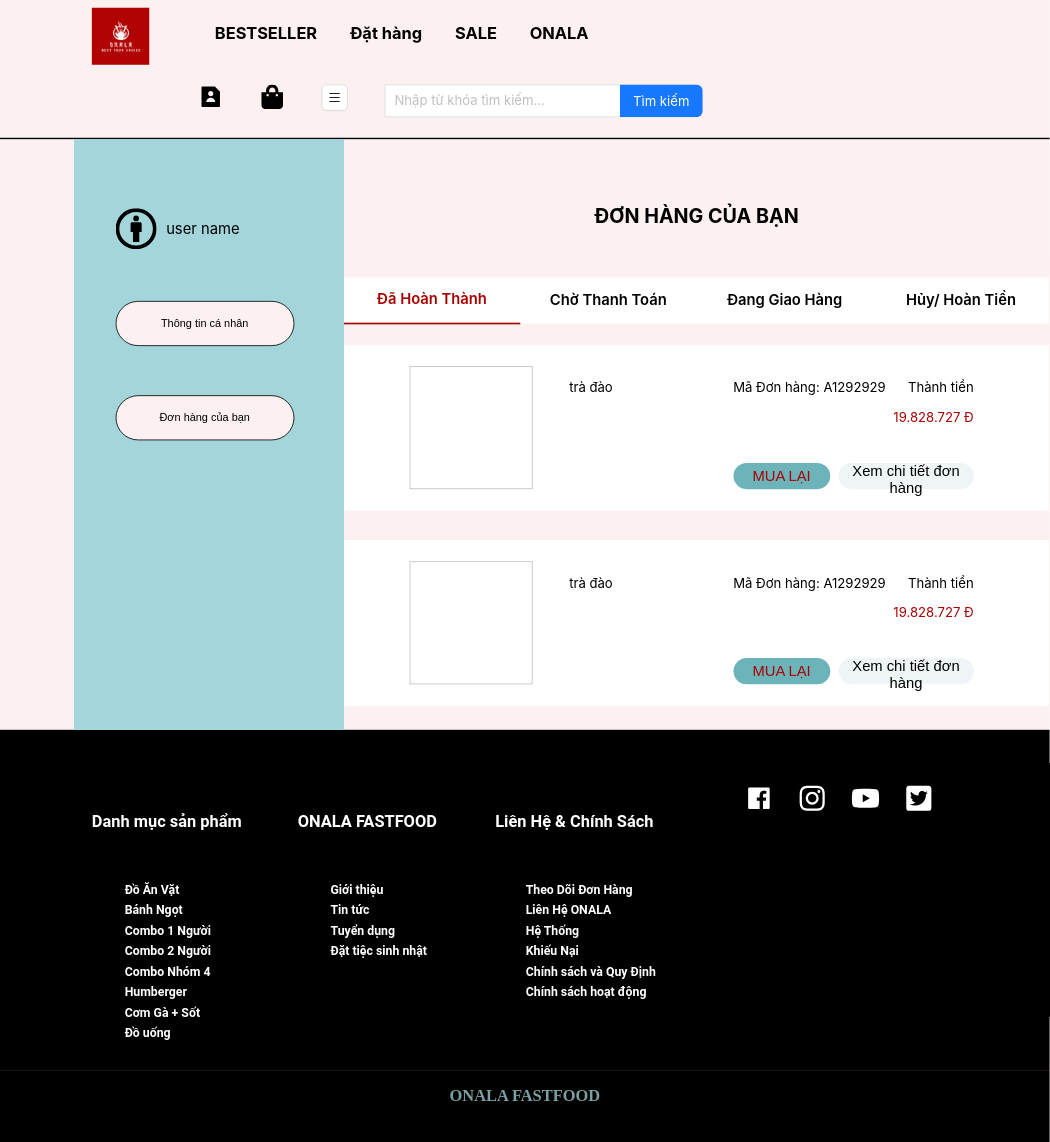
Repository: tranlan149/ONALA
Page: /account
The author's editor kept a copy of each file at every save. The page is drawn from the files as they stood at one save, then again after the next save.
The browser window is 1280 px wide. The pictures show the whole page, at 82% of full size.
An inner scrolling area shows only its first screen. The project was rebuilt for these pictures with package versions that can differ from the ones it lists, and the page was loaded fresh each time. Also part of the build but not shown: src/Components/Search/Search.css, src/Pages/BestSeller/index.js, src/Pages/ONALA/index.js, src/Pages/Sale/index.js, src/Pages/Recommend/index.js, src/Pages/Register/RegisterForm.module.css, src/Pages/Register/index.js, src/Pages/Login/LoginForm.module.css and 13 more.

Above is the page before, as saved 2025-02-13 16:13:23.

### src/App.js
import { Route, Routes } from 'react-router-dom';
import './App.css';
import Layout from './Layout';
import BestSeller from './Pages/BestSeller';
import ONALA from './Pages/ONALA';
import Sale from './Pages/Sale';
import Recommend from './Pages/Recommend';
import Register from './Pages/Register';
import Login from './Pages/Login';
import Order from './Pages/Order';
import Cart from './Pages/Cart';
import Home from './Pages/Home';
import AccountPage from './Pages/Account';
import UserInfo from './Components/UserInfo';
import OrderList from './Components/OrderList';
function App() {
  return (
    <>
      <Routes>
          <Route path='/' element={<Layout/>}>
            <Route path='/' element={<Home/>} />
            <Route path='/bestseller' element={<BestSeller/>} />
            <Route path='/account' element={<AccountPage/>}>
              <Route path='info' element = {<UserInfo/>}/>
              <Route path='purchase' element= {<OrderList/>}/>
            </Route>
            <Route path='/recommend' element={<Recommend/>} />
            <Route path='/order' element={<Order/>} />
            <Route path='/cart' element={<Cart/>} />
            <Route path='/onala' element={<ONALA/>} />
            <Route path='sale' element={<Sale/>} />
            <Route path= 'register' element = {<Register/>}/>

          </Route>





      </Routes>
    </>
  );
}

export default App;

### src/App.css
.App {
  text-align: center;
}

.App-logo {
  height: 40vmin;
  pointer-events: none;
}

@media (prefers-reduced-motion: no-preference) {
  .App-logo {
    animation: App-logo-spin infinite 20s linear;
  }
}

.App-header
{
  background-color: #282c34;
  min-height: 100vh;
  display: flex;
  flex-direction: column;
  align-items: center;
  justify-content: center;
  font-size: calc(10px + 2vmin);
  color: white;
}
.layout_main {
  background-color: #FCF0F0;
}

.App-link {
  color: #61dafb;
}

@keyframes App-logo-spin {
  from {
    transform: rotate(0deg);
  }
  to {
    transform: rotate(360deg);
  }
}

### src/Pages/Account/index.js
import Login from "../Login";
import UserManagement from "../UserManagement";
function AccountPage() {
    const isLogin = true;
    return (
        <>
            {isLogin ? <UserManagement/> : <Login/>}
        </>
    );
}

export default AccountPage;

### src/Components/OrderList/index.js

import { Link, useSearchParams } from "react-router-dom";
import OrderItem from "../OrderItem";
import { useEffect, useState } from "react";
import './style.css'

function OrderList() {
    const statusOrder = [
        {
            type: 1,
            content: 'Đã Hoàn Thành'
        },
        {
            type: 2,
            content: 'Chờ Thanh Toán'
        },
        {
            type: 3,
            content: 'Đang Giao Hàng'
        },
        {
            type: 4,
            content: 'Hủy/ Hoàn Tiền'
        },
    ]

    const [searchParam, setSearchParam] = useSearchParams();
    const [orderList, setOrderList] = useState([])

    const currentType = parseInt(searchParam.get('type')) || 1;

    useEffect(()=>{
        setOrderList([])
        console.log(orderList)
    },[currentType])
    return (
        <div>
            <h2>ĐƠN HÀNG CỦA BẠN</h2>
            <div className="navOrderStatus">
                {
                    statusOrder.map((status)=>(
                        <Link
                            key={status.type}
                            to={`?type=${status.type}`}
                            className= {currentType === status.type ? "activeStatus":""}
                            style={{height:'100%',lineHeight:'54px'}}
                        >
                            {status.content}
                        </Link>
                    ))
                }

            </div>
            <div className="OrderListContainer">

                <div>
                    <p>{orderList}</p>
                    <OrderItem
                        imageURL=''
                        name = 'trà đào'
                        orderCode = 'A1292929'
                        cost = '19828727'
                    />
                    <OrderItem
                        imageURL=''
                        name = 'trà đào'
                        orderCode = 'A1292929'
                        cost = '19828727'
                    />
                    <OrderItem
                        imageURL=''
                        name = 'trà đào'
                        orderCode = 'A1292929'
                        cost = '19828727'
                    />
                    <OrderItem
                        imageURL=''
                        name = 'trà đào'
                        orderCode = 'A1292929'
                        cost = '19828727'
                    />
                </div>
            </div>
        </div>
    );
}

export default OrderList;

### src/Components/Search/Search.js
import React, { useState } from 'react';
import { Input } from 'antd';
import './Search.css';

const { Search } = Input;

const SearchBar = ({ onSearch }) => {
  return (
    <Search
      placeholder="Nhập từ khóa tìm kiếm..."
      allowClear
      enterButton="Tìm kiếm"
      size="large"
      onSearch={onSearch} // Gọi hàm khi nhấn Enter hoặc nút Tìm kiếm
    />
  );
};

export default SearchBar;

### src/Layout/style.css
.layout{
    box-sizing: border-box;
    margin:0px;
    display: flex;
    flex-direction: column;
    min-height: 100vh;
}
.layout_header{
    display:flex;
    padding-left: 112px;
    padding-right: auto;
    padding-top: 9px;
    padding-bottom: 9px;
    flex-wrap: wrap;
    background-color: #FCF0F0;
    border-bottom: 2px solid #000000;


}
.layout_main {
    flex: 1;
}
.layout_menu_1 > ul {
    display: flex;
    list-style: none ;
    margin-top: 20px;
}

.layout_menu_1 > ul > li{
    margin-left: 40px;
}
.layout_menu_1 > ul > li> a{
    text-decoration: none;
    color: #000;
    font-weight: bold;
    font-size: 20px;
}
.layout_menu_2 {
     margin-left: 90px;
}
.layout_menu_2 > ul{
    display: flex;
    list-style: none ;
    margin-top: 20px;
}

.layout_menu_2 > ul > li{
    margin-right: 45px;
}
.layout_footer{
    display: flex;
    padding-left: 112px;
    padding-right: auto;

    background-color: #000000;
    margin-top: 50px;
    justify-content: space-between;
    padding: 20px 112px;
    background-color: #000;
    color: white;

    margin-top: auto;
}
.footer_1{
    margin-right: 30px;
}
.footer_1 > ul {
    list-style: none;
}
.footer_1 > ul > li{
    margin-top: 5px;
}
.footer_1 > ul > li > a{
    text-decoration: none;
    color:#fff;
    font-size: 15px;
    font-family: Roboto;

}
.footer_1 > h2{
    font-size: 20px;
    font-family: Roboto;
}
.footer_2 > ul{
    display: flex;
    list-style: none;
    padding-top: 30px;
}
.footer_2 > ul > li{
    margin-right: 30px;


}

### src/Components/dropdown/MenuDropdown.js
import { Menu, Dropdown, Button } from "antd";
import { MenuOutlined } from "@ant-design/icons";

const menu = (
  <Menu>
    <Menu.Item key="1">
        <h2>Danh mục sản phẩm</h2>
        <ul>
            <li>Đồ Ăn Vặt</li>
            <li>Bánh Ngọt</li>
            <li>Combo 1 Người</li>
            <li>Combo 2 Người</li>
            <li>Combo Nhóm 4</li>
            <li>Humberger</li>
            <li>Cơm Gà + Sốt</li>
            <li>Đồ Uống</li>
        </ul>
    </Menu.Item>
    <Menu.Item key="2">
        <h2>ONALA </h2>
        <ul>
            <li>Giới thiệu</li>
            <li>Tin tức </li>
            <li>Tuyển dụng </li>
            <li>Đặt tiệc sinh nhật </li>
        </ul>
    </Menu.Item>
    <Menu.Item key="3">
        <h2>Liên Hệ & Chính Sách </h2>
        <ul>
            <li>Theo Dõi Đơn Hàng </li>
            <li>Liên Hệ ONALA </li>
            <li>Hệ Thống </li>
            <li>Khiếu Nại </li>
            <li>Chính sách và Quy Định</li>
            <li>Chính sách hoạt động </li>
        </ul>
    </Menu.Item>
  </Menu>
);

function MenuDropdown() {
  return (
    <Dropdown overlay={menu} trigger={["click"]}>
      <Button icon={<MenuOutlined />}></Button>
    </Dropdown>
  );
}

export default MenuDropdown;

### src/Pages/DangNhap/style.css

.contentForm {
    margin: 80px 164px;
    display: flex;
    flex-direction: row;
    font-weight: 600;
}
:link {
    font-weight: 600;
}
.formContainer {
    margin-left: 176px;
}
.right-align {
    text-align: right;
    font-size: 20px;
    cursor: pointer;
}

a {
    text-decoration: none;
    color: black;
}
.underlineInput {
    width: 520px;
    border: none;
    border-bottom: 1px solid #000;
    outline: none;
    padding: 8px;
    font-size: 20px;
    background-color: #FCF0F0;

}
:where(.css-dev-only-do-not-override-cdzvx5) .underlineInput:focus,
:where(.css-dev-only-do-not-override-cdzvx5) .underlineInput:hover {

    background-color: #FCF0F0 !important;
}
:where(.css-dev-only-do-not-override-cdzvx5) .retrieveInput {
    background-color: #ffffff !important;
    font-size: 14px ;
    width: 630px;
    border-bottom: 1px solid #E53737;
}
.underlineInput:hover {
    background-color: #FCF0F0;
    border-bottom: 1px solid #4CAF50;

}
.underlineInput:focus,
.underlineInput:focus-within {
    border-bottom-color: #4CAF50;
    background-color: #FCF0F0;

}
.retrieveInput:hover {
    background-color: #ffffff !important;


}
.retrieveInput:focus,
.retrieveInput:focus-within {
    border-bottom-color: #4CAF50 ;
    background-color: #ffffff !important;

}



.ant-input-affix-wrapper,
.ant-input
{
    border-radius: 0 !important;
}

:where(.css-dev-only-do-not-override-cdzvx5) .ant-col-offset-8 {
    margin: 0 !important;
}
:where(.css-dev-only-do-not-override-cdzvx5) .ant-input:focus,
:where(.css-dev-only-do-not-override-cdzvx5).ant-input-outlined:focus,
:where(.css-dev-only-do-not-override-cdzvx5).ant-input-outlined:focus-within,
:where(.css-dev-only-do-not-override-cdzvx5).ant-input-outlined,
:where(.css-dev-only-do-not-override-cdzvx5).ant-input-outlined.ant-input-status-error:not(.ant-input-disabled):focus,
:where(.css-dev-only-do-not-override-cdzvx5).ant-input-outlined.ant-input-status-error:not(.ant-input-disabled):focus,
:where(.css-dev-only-do-not-override-cdzvx5).ant-input-outlined.ant-input-status-error:not(.ant-input-disabled):focus-within,
:where(.css-dev-only-do-not-override-cdzvx5).ant-input-outlined.ant-input-status-error:not(.ant-input-disabled):hover
{
    outline: none;
    box-shadow: none;
}

:where(.css-dev-only-do-not-override-cdzvx5).ant-input-outlined.ant-input-status-error:not(.ant-input-disabled):focus,
:where(.css-dev-only-do-not-override-cdzvx5).ant-input-outlined.ant-input-status-error:not(.ant-input-disabled):focus,
:where(.css-dev-only-do-not-override-cdzvx5).ant-input-outlined.ant-input-status-error:not(.ant-input-disabled):focus-within,
:where(.css-dev-only-do-not-override-cdzvx5).ant-input-outlined.ant-input-status-error:not(.ant-input-disabled):hover {
    background-color: #FCF0F0;
}
:where(.css-dev-only-do-not-override-cdzvx5).ant-input-outlined.ant-input-status-error:not(.ant-input-disabled){
    border: none; /* Bỏ các đường viền mặc định */
    border-bottom: 1px solid #ff4d4f;
    background-color: #FCF0F0;

}
:where(.css-dev-only-do-not-override-cdzvx5).ant-col-8 {
    flex: 0;
}
:where(.css-dev-only-do-not-override-cdzvx5).ant-col-16 {
    max-width: 100% !important;
}
:where(.css-dev-only-do-not-override-cdzvx5).ant-checkbox-wrapper.ant-checkbox-wrapper-in-form-item input[type="checkbox"],
:where(.css-dev-only-do-not-override-cdzvx5).ant-checkbox .ant-checkbox-inner{
    width: 28px;
    height: 28px;
}


.ant-modal .ant-modal-title {
    text-align: center;
    font-size: 20px;
    padding: 0 115px;
}
.ant-modal-body >p {
    text-align: center;
}

### src/Pages/Login/style.css

.contentForm {
    margin: 80px 164px;
    display: flex;
    flex-direction: row;
    font-weight: 600;
}
:link {
    font-weight: 600;
}
.formContainer {
    margin-left: 176px;
}
.right-align {
    text-align: right;
    font-size: 20px;
    cursor: pointer;
}

a {
    text-decoration: none;
    color: black;
}
.underlineInput {
    width: 520px;
    border: none;
    border-bottom: 1px solid #000;
    outline: none;
    padding: 8px;
    font-size: 20px;
    background-color: #FCF0F0;

}
:where(.css-dev-only-do-not-override-cdzvx5) .underlineInput:focus,
:where(.css-dev-only-do-not-override-cdzvx5) .underlineInput:hover {

    background-color: #FCF0F0 !important;
}
:where(.css-dev-only-do-not-override-cdzvx5) .retrieveInput {
    background-color: #ffffff !important;
    font-size: 14px ;
    width: 630px;
    border-bottom: 1px solid #E53737;
}
.underlineInput:hover {
    background-color: #FCF0F0;
    border-bottom: 1px solid #4CAF50;

}
.underlineInput:focus,
.underlineInput:focus-within {
    border-bottom-color: #4CAF50;
    background-color: #FCF0F0;

}
.retrieveInput:hover {
    background-color: #ffffff !important;


}
.retrieveInput:focus,
.retrieveInput:focus-within {
    border-bottom-color: #4CAF50 ;
    background-color: #ffffff !important;

}



.ant-input-affix-wrapper,
.ant-input
{
    border-radius: 0 !important;
}

:where(.css-dev-only-do-not-override-cdzvx5) .ant-col-offset-8 {
    margin: 0 !important;
}
:where(.css-dev-only-do-not-override-cdzvx5) .ant-input:focus,
:where(.css-dev-only-do-not-override-cdzvx5).ant-input-outlined:focus,
:where(.css-dev-only-do-not-override-cdzvx5).ant-input-outlined:focus-within,
:where(.css-dev-only-do-not-override-cdzvx5).ant-input-outlined,
:where(.css-dev-only-do-not-override-cdzvx5).ant-input-outlined.ant-input-status-error:not(.ant-input-disabled):focus,
:where(.css-dev-only-do-not-override-cdzvx5).ant-input-outlined.ant-input-status-error:not(.ant-input-disabled):focus,
:where(.css-dev-only-do-not-override-cdzvx5).ant-input-outlined.ant-input-status-error:not(.ant-input-disabled):focus-within,
:where(.css-dev-only-do-not-override-cdzvx5).ant-input-outlined.ant-input-status-error:not(.ant-input-disabled):hover
{
    outline: none;
    box-shadow: none;
}

:where(.css-dev-only-do-not-override-cdzvx5).ant-input-outlined.ant-input-status-error:not(.ant-input-disabled):focus,
:where(.css-dev-only-do-not-override-cdzvx5).ant-input-outlined.ant-input-status-error:not(.ant-input-disabled):focus,
:where(.css-dev-only-do-not-override-cdzvx5).ant-input-outlined.ant-input-status-error:not(.ant-input-disabled):focus-within,
:where(.css-dev-only-do-not-override-cdzvx5).ant-input-outlined.ant-input-status-error:not(.ant-input-disabled):hover {
    background-color: #FCF0F0;
}
:where(.css-dev-only-do-not-override-cdzvx5).ant-input-outlined.ant-input-status-error:not(.ant-input-disabled){
    border: none; /* Bỏ các đường viền mặc định */
    border-bottom: 1px solid #ff4d4f;
    background-color: #FCF0F0;

}
:where(.css-dev-only-do-not-override-cdzvx5).ant-col-8 {
    flex: 0;
}
:where(.css-dev-only-do-not-override-cdzvx5).ant-col-16 {
    max-width: 100% !important;
}
:where(.css-dev-only-do-not-override-cdzvx5).ant-checkbox-wrapper.ant-checkbox-wrapper-in-form-item input[type="checkbox"],
:where(.css-dev-only-do-not-override-cdzvx5).ant-checkbox .ant-checkbox-inner{
    width: 28px;
    height: 28px;
}


.ant-modal .ant-modal-title {
    text-align: center;
    font-size: 20px;
    padding: 0 115px;
}
.ant-modal-body >p {
    text-align: center;
}

### src/Pages/UserManagement/index.js
import UserInfo from '../../Components/UserInfo';
import OrderList from '../../Components/OrderList';
import './style.css'
import iconUser from '../../image/iconUser.svg'
import { useEffect, useState } from 'react';

function UserManagement() {

    const [selectBtn, setSelectBtn] = useState(false)

    const handleSelect = () => {
        setSelectBtn(!selectBtn)
    }

    console.log(selectBtn);
    return (
        <div className="managementContainer">
            <div className="sideBarManagement">
                <div className='userContain'>
                    <span id='userName'>
                        <img src={iconUser} alt='icon'/>
                        <p>user name</p>
                    </span>
                    <button
                        onClick={handleSelect}
                        className='btnUsertab'
                    >Thông tin cá nhân</button>

                    <button className='btnUsertab'>Đơn hàng của bạn</button>


                </div>

            </div>
            <div className="contentManagement">
                {/* <UserInfo
                    name='hhahaha'
                    phone = '0192929938'
                    email= 'nt@gmail.com'
                    address = 'hanoi'
                /> */}

                <OrderList/>
            </div>
        </div>
    );
}

export default UserManagement;

### src/Components/UserInfo/style.css
span {
    display: flex
}
.userInfo {
    margin-left: 157px;
    text-align: center;
}
.userInfoContainer {
    margin-top: 50px;
    position: relative;
    padding-top: 35px;
    width: 723px;
    border-radius: 20px;
    background-color: white;

}
.iconEdit {
    position: absolute;
    right: 100px;
    top: 10px;
    cursor: pointer;
}
#info {
    margin: 50px;
}

### src/Components/OrderItem/index.js
import FormatCost from '../FormatCost'
import './style.css'
function OrderItem(props) {
    return (
        <div className="orderItem">

            <div className="orderContent">
                <div className="item_left">
                    <img width='150px' height='150px' src={props.imageURL}/>
                    <div className='orderText'>
                        <p>{props.name}</p>

                    </div>
                </div>
                <div className="item_right">
                    <div className="item_rightTop">
                        <p>Mã Đơn hàng: {props.orderCode}</p>
                        <div className='costText'>
                            <p>Thành tiền </p>
                            <p><FormatCost value={props.cost}/></p>
                        </div>
                    </div>
                    <div className="item_rightBot">
                        <button id='buyAgain'>MUA LẠI</button>
                        <button id='showOrderDetail'>Xem chi tiết đơn hàng</button>
                    </div>
                </div>
            </div>
        </div>
    );
}

export default OrderItem;

### src/Components/OrderList/style.css
h2 {
    text-align: center;
    margin-top: 80px;
    margin-bottom: 60px;
}
.navOrderStatus {
    display: grid;
    grid-template-columns: repeat(4,1fr);
    text-align: center;
    background-color: white;
    margin-bottom: 26px;
    height: 56px;
    align-items: center;
    font-size: 18px;
}

.activeStatus {
    border-bottom: 2px solid #A80101;
    color: #A80101;

}

### src/Pages/UserManagement/style.css
.managementContainer {
    display: flex;
    flex-direction: row;
    height: 100vh;
    width: 100%;
}

.sideBarManagement {
    width: 330px;
    background-color: #A3D5DA;
    height: 100vh;
    margin-left: 7%;
    position: sticky;
}

.userContain {
    display: flex;
    flex-direction: column;
    margin-left: 51px;
    font-size: 18px;
    margin-top: 80px;

}
.contentManagement {
    flex-grow: 1;
    overflow-y: auto;
    padding-bottom: 20px;
    scrollbar-width: none;
    -ms-overflow-style: none;
}

.btnUsertab {
    background-color: #FCF0F0;
    border: 1px solid black;
    border-radius: 30px;
    height: 55px;
    width: 218px;
    cursor: pointer;
    margin-top: 60px;
}

#userName {
    align-items: center;

}
#userName >p {
    margin-left: 12px;
}

### src/Components/FormatCost/index.js

function FormatCost({value}) {
    const formattedValue = new Intl.NumberFormat('vi-VN').format(value);
    return (
        <span>{formattedValue} Đ</span>
    );
}

export default FormatCost;

### src/Components/OrderItem/style.css
.orderItem {
    background-color: white;
    padding: 26px 0;
    margin-bottom: 36px;
}
.orderContent {
    width: 80%;
    margin-left: 80px;
}
.orderContent,
.item_rightTop,
.item_left {
    display: flex;
    justify-content: space-between
}
.costText {
    text-align: end;
}
.costText p:nth-child(2)  {
    color: #A80101;
}
.orderText {
    margin-left: 45px;
    overflow-wrap: break-word;
    white-space: normal;
    width: 200px;
}
.orderText, .item_right {
    display: flex;
    flex-direction: column;
    justify-content: space-between;
    flex-grow: 1;
}
.item_rightBot {
    display: flex;
    justify-content: flex-end;
}
#showOrderDetail,
#buyAgain {
    border-radius:  20px;
    height: 32px;
    font-size: 18px;
    border: none;
    cursor: pointer;
}
#buyAgain {
    background-color:  #6DB3BA;
    color: #A80101;
    margin-right: 10px;
    width: 150px;
}
#showOrderDetail {
    background-color: #EFF5F6;
    padding: 0 15px;
}

Loaded but not shown: public/index.html (common file); src/index.js (common file); src/index.css (common file); src/reportWebVitals.js (common file); src/Layout/index.js (162 lines, source omitted)

After the next save:
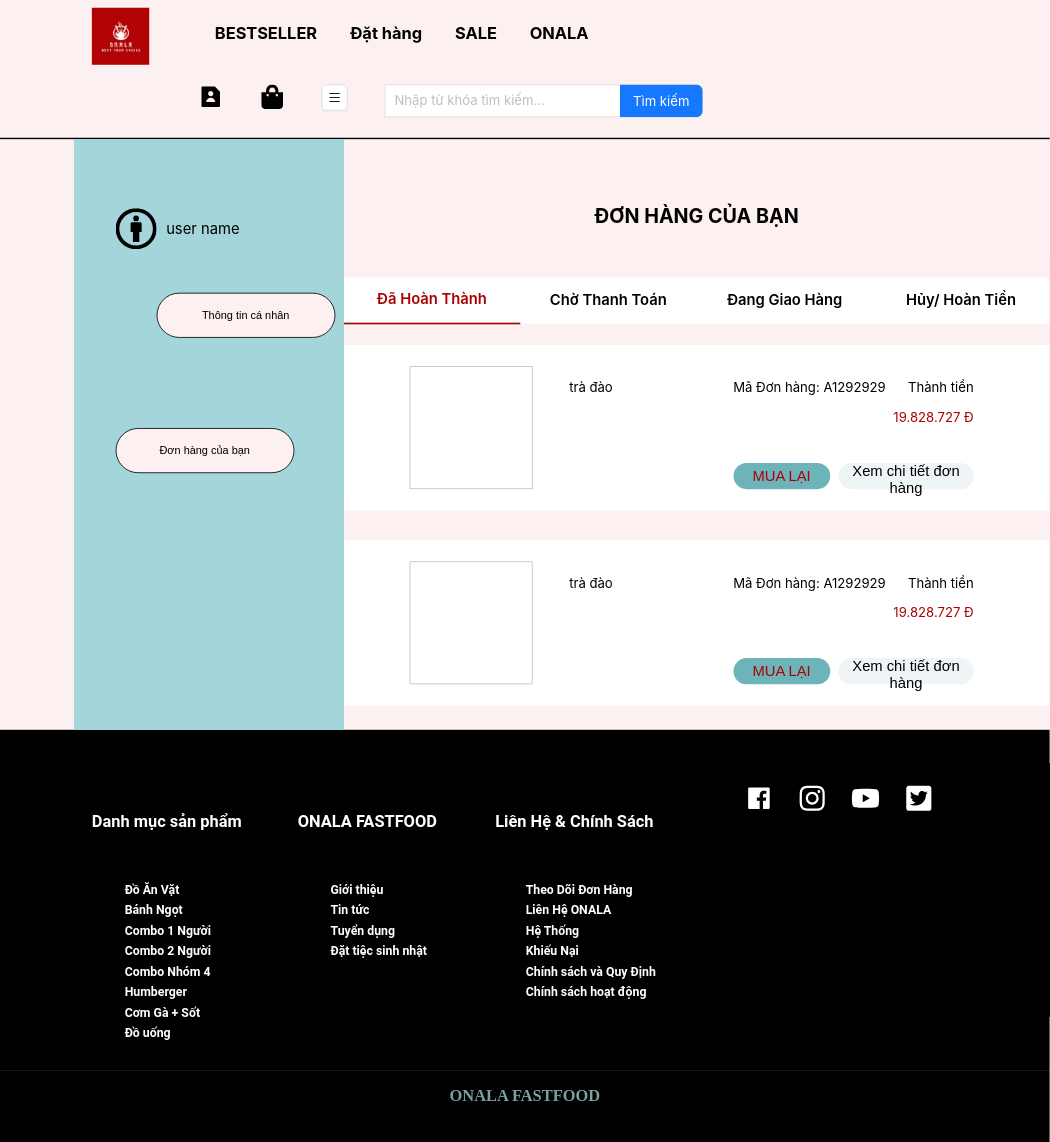
Saved 57 s later.
--- a/src/Pages/UserManagement/index.js
+++ b/src/Pages/UserManagement/index.js
@@ -22,6 +22,7 @@ function UserManagement() {
                         <p>user name</p>
                     </span>
                     <button
+                        id='info'
                         onClick={handleSelect}
                         className='btnUsertab'
                     >Thông tin cá nhân</button>
